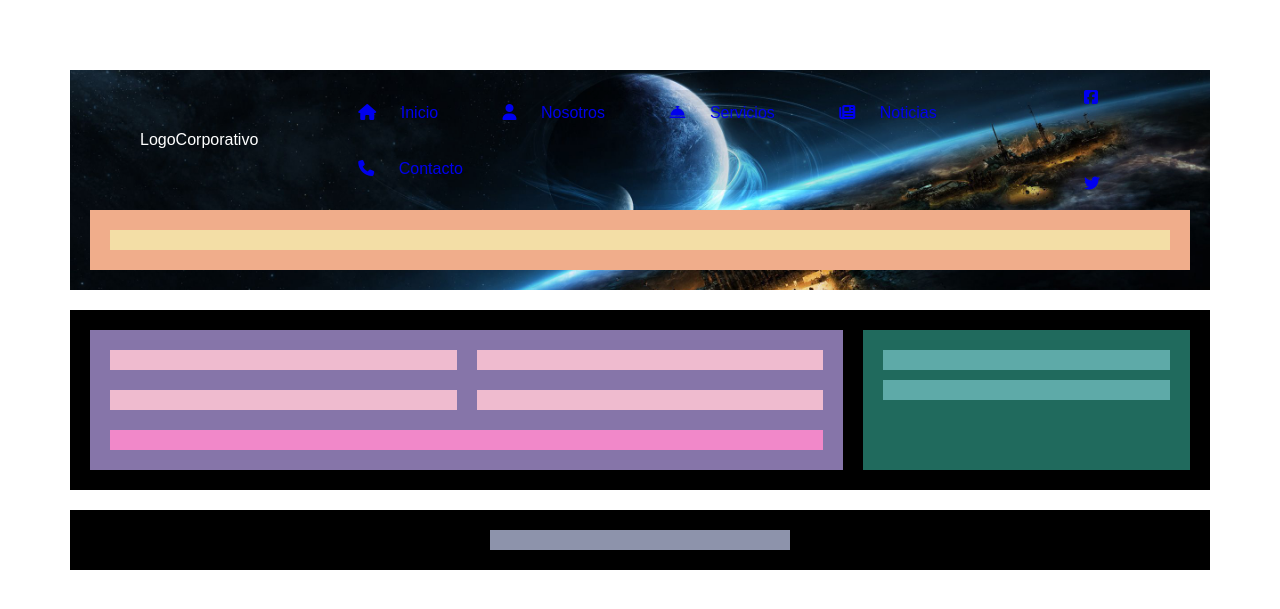
Repository: Aldo-DT/landingGree
Page: 2 CSS/pagina.html
These files come from the project's save history. The page is drawn as it stood at one moment and after the next save; the edit follows.
The browser window is 1280 px wide. The pictures show the whole page.
The pointer rests on the first visible `.logo a`.
Some web libraries are served in a nearby version.

Above is the page before, as saved 2020-09-16 17:56:06.

### 2 CSS/pagina.html
<!DOCTYPE html>
<html lang="es">

<head>
    <meta charset="UTF-8">
    <meta name="viewport" content="width=device-width, initial-scale=1.0">
    <title>Document</title>
    <script src="https://kit.fontawesome.com/aaa9827a81.js" crossorigin="anonymous"></script>
    <link rel="stylesheet" href="css/font-awesome.min.css">
    <link href="https://fonts.googleapis.com/css2?family=Roboto:ital,wght@1,500&display=swap" rel="stylesheet">
    <link rel="stylesheet" href="css/pagina.css">
</head>

<body>
    <div class="padre">
        <header class="header">
            <div class="menu">
                <div class="logo">
                    <a href="index.html">LogoCorporativo</a>
                </div>
                <nav class="nav">
                    <a href="#"><i class="fas fa-home"></i> Inicio</a>
                    <a href="#"><i class="fas fa-user"></i> Nosotros</a>
                    <a href="#"><i class="fas fa-concierge-bell"></i> Servicios</a>
                    <a href="#"><i class="fas fa-newspaper"></i> Noticias</a>
                    <a href="#"><i class="fas fa-phone"></i> Contacto</a>
                </nav>
                <div class="social">
                    <div>
                        <a href="#">
                            <i class="fab fa-facebook-square"></i>
                        </a>
                    </div>
                    <div>
                        <a href="#">
                            <i class="fab fa-twitter"></i>
                        </a>
                    </div>
                </div>
            </div>
            <div class="texto-principal">
                <h1></h1>
            </div>
        </header>
        <section class="section">
            <div class="articulos">
                <article class="article"></article>
                <article class="article"></article>
                <article class="article"></article>
                <article class="article"></article>
                <nav class="navegacion"></nav>
            </div>
            <aside class="aside">
                <div class="publicidad"></div>
                <div class="publicidad"></div>
            </aside>
        </section>
        <footer class="footer">
            <nav class="pie"></nav>
        </footer>
    </div>
</body>

</html>

### 2 CSS/css/pagina.css
* {
    margin: 10px;
    padding: 10px;
    box-sizing: border-box;
}

body {
    font-family: 'Montserrat', sans-serif;
}

a {
    text-decoration: none;
}

.padre {
    display: flex;
    flex-flow: column nowrap;
}

.header {
    background: url(../imagenes/bg-2.jpg);
    background-position: center;
    background-size: cover;
    display: flex;
    flex-flow: column nowrap;
}

.menu {
    background: rgba(0, 0, 0, .1);
    display: flex;
    flex-flow: row nowrap;
    height: 100px;
    align-items: center;
}

.logo {
    flex: 1 1 auto;
}

.logo a {
    color: #fff;
}

.nav {
    flex: 5 1 auto;
}

.social {
    flex: 1 1 auto;
}

.texto-principal {
    background: #f0ad8b;
}

h1 {
    background: #f3dea6;
}

.section {
    background: #000;
    display: flex;
}

.articulos {
    background: #8675a9;
    flex: 2 1 auto;
    display: flex;
    flex-flow: row wrap;
}

.article {
    background: #efbbcf;
    flex: 1 1 40%;
}

.navegacion {
    background: #f188c9;
    flex: 1 1 100%;
}

.aside {
    background: #206a5d;
    flex: 1 1 auto;
}

.publicidad {
    background: #5eaaa8;
}

.footer {
    background: #000;
    display: flex;
    justify-content: center;
}

.pie {
    background: #8d93ab;
    width: 300px;
}

@media all and (max-width: 800px) {
    .section {
        flex-direction: column;
    }
    .menu {
        flex-direction: column;
        height: auto;
    }
    .aside {
        display: flex;
        justify-content: center;
    }
}

@media all and (max-width: 600px) {
    .articulos {
        flex-direction: column;
    }
}

@media all and (max-width: 400px) {
    .aside {
        flex-direction: column;
    }
}

Loaded but not shown: 2 CSS/css/font-awesome.min.css (library)

After the next save:
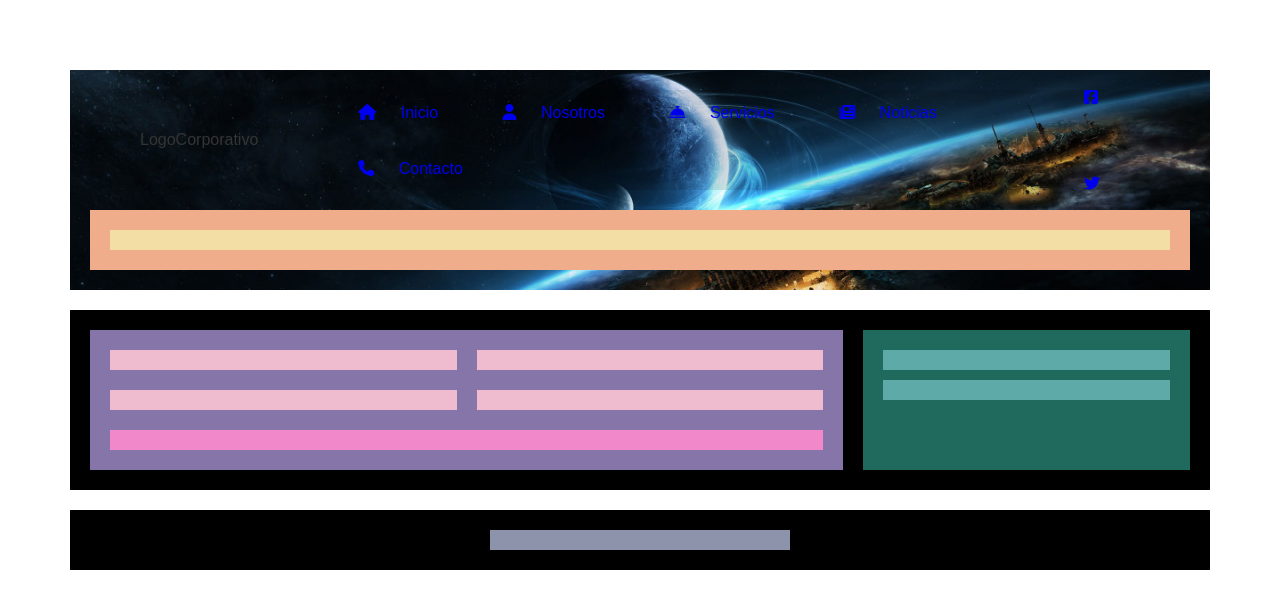
Saved 3 min 56 s later.
--- a/2 CSS/css/pagina.css
+++ b/2 CSS/css/pagina.css
@@ -39,6 +39,10 @@
 
 .logo a {
     color: #fff;
+}
+
+.logo a:hover {
+    color: #343434;
 }
 
 .nav {
